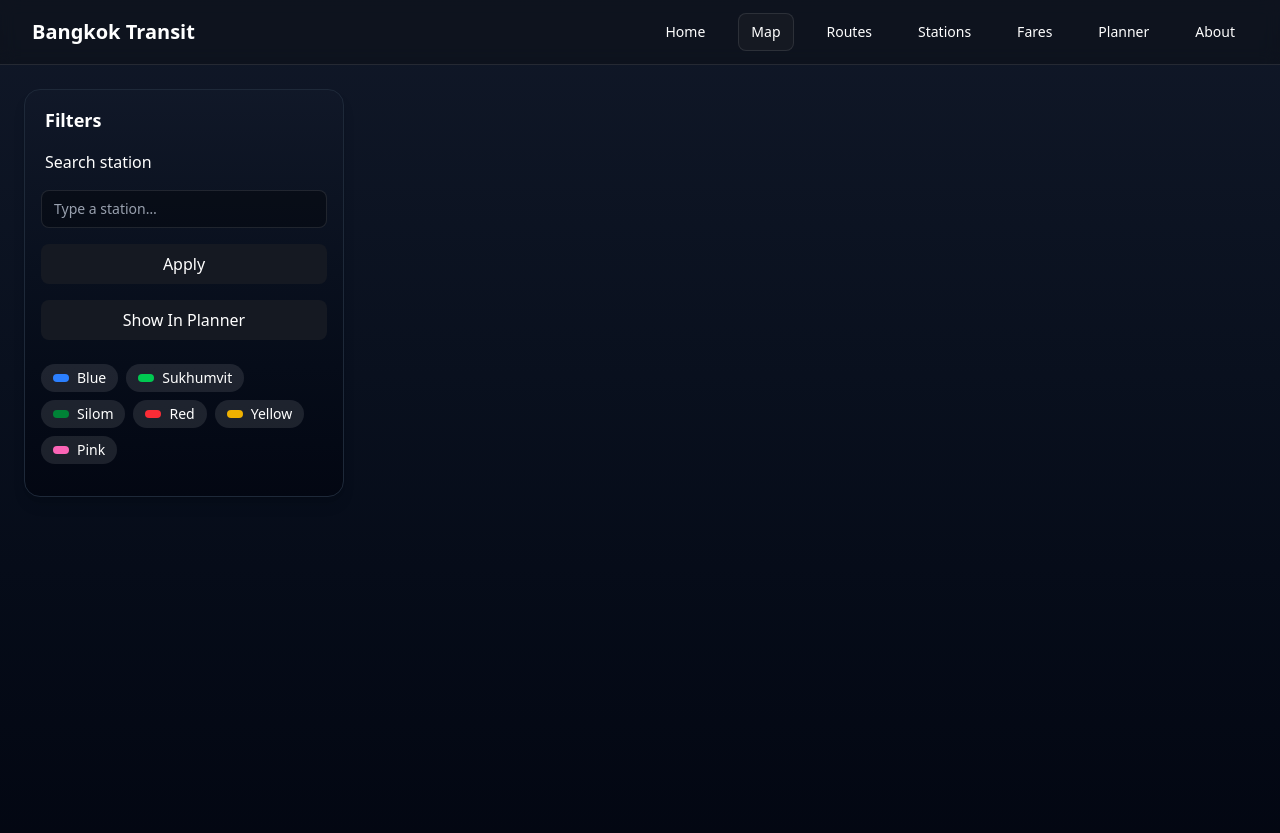
Repository: pyaestk/Bangkok-transit-map
Page: /map
These files come from the project's save history. The page is drawn as it stood at one moment and after the next save; the edit follows.
The browser window is 1280 px wide. The pictures show the whole page.
The project was rebuilt for these pictures with package versions that can differ from the ones it lists, and the page was loaded fresh each time. Also part of the build but not shown: vite.config.ts, src/pages/Home.tsx, src/pages/Planner.tsx, src/pages/Stations.tsx, src/pages/TrainRoutes.tsx, src/pages/Fares.tsx, src/pages/About.tsx.

Above is the page before, as saved 2025-10-04 10:44:00.

After the next save:
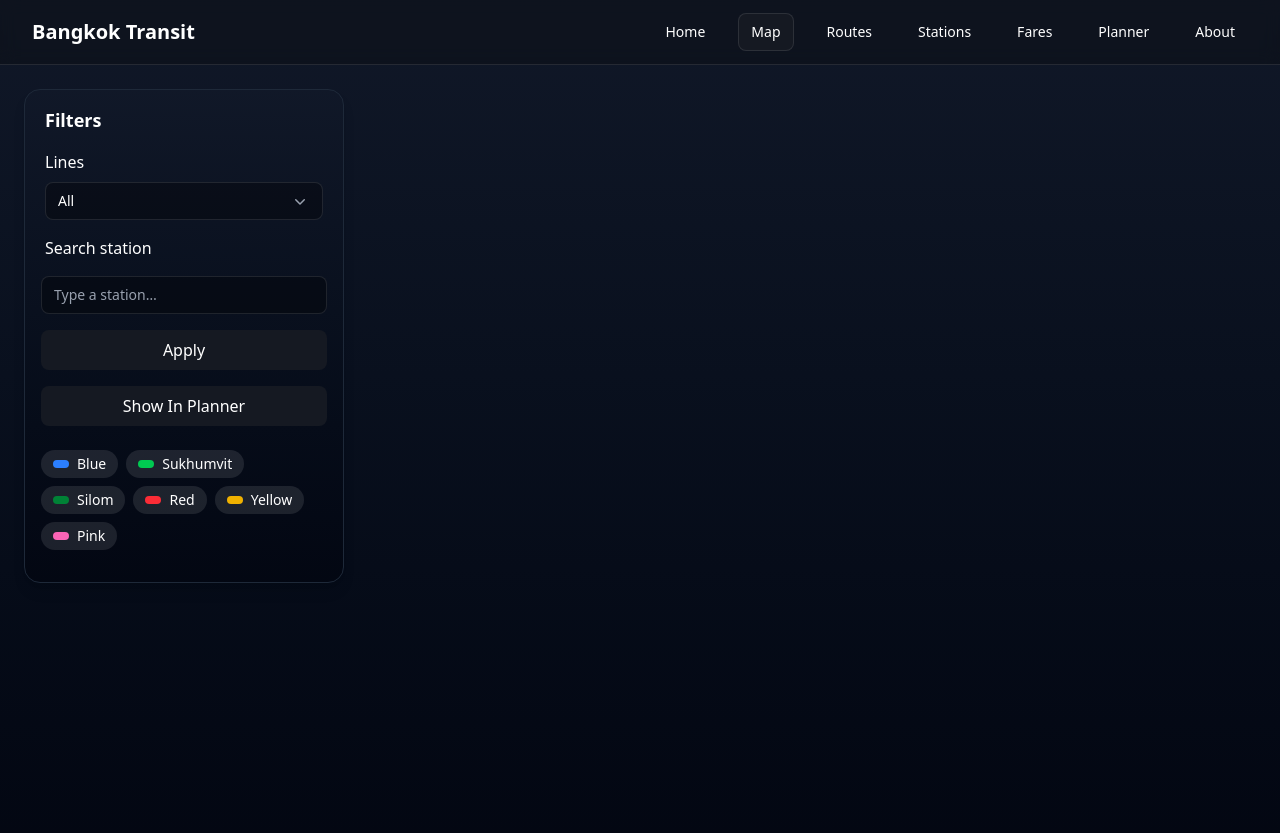
Saved 22 s later.
--- a/src/component/FiltersCard.tsx
+++ b/src/component/FiltersCard.tsx
@@ -13,6 +13,7 @@ export default function FiltersCard() {
         <option>Yellow</option>
       </select> */}
 
+      <LinesDropdown/>
 
       {/* Search station */}
       <label className="block my-4 mx-1">Search station</label>
